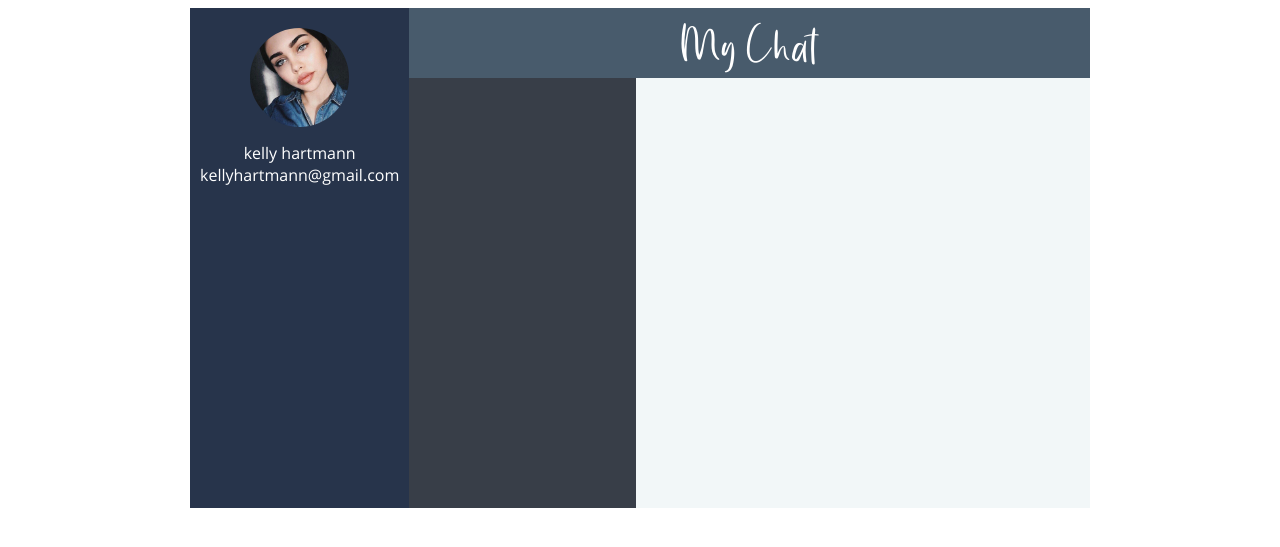
Repository: chathura226/SeekWork_Group_Project_I
Page: http://localhost/
The author's editor kept a copy of each file at every save. The page is drawn from the files as they stood at one save, then again after the next save.
The browser window is 1280 px wide. The pictures show the whole page.
The page is run by PHP 8.4 with error messages shown; the project is at /var/www/html/.

Above is the page before, as saved 2023-12-02 12:38:46.

After the next save:
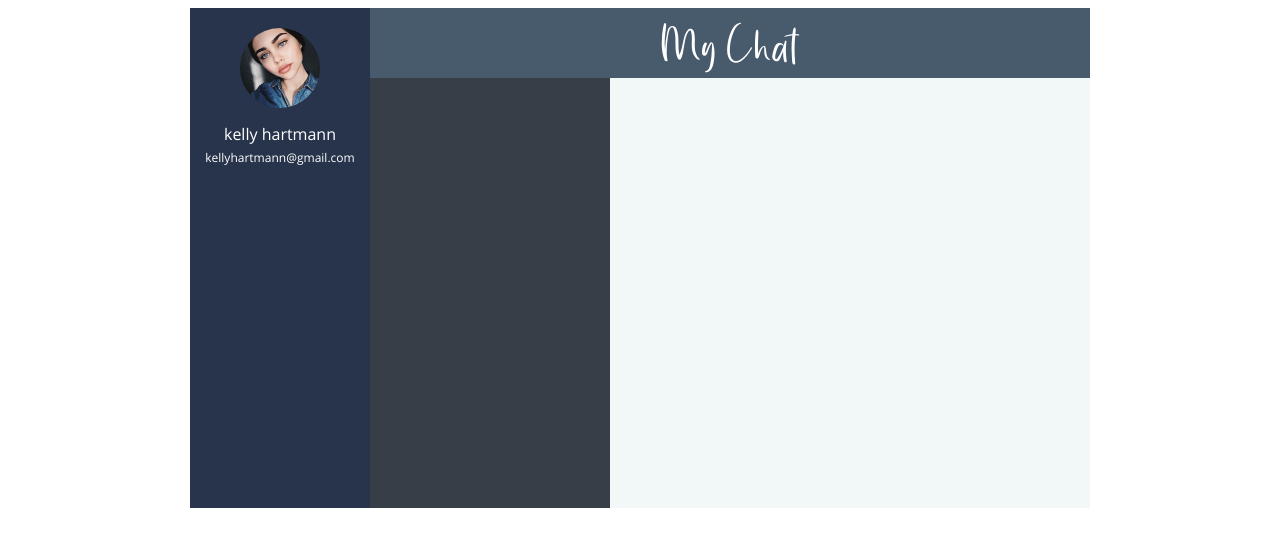
Saved 2 min 25 s later.
--- a/chat/index.php
+++ b/chat/index.php
@@ -94,7 +94,7 @@
                     <br>
                     kelly hartmann
                     <br>
-                    kellyhartmann@gmail.com
+                    <span style="font-size:12px">kellyhartmann@gmail.com</span>
                 </div>
            </div>
            <div id="right_pannel">
